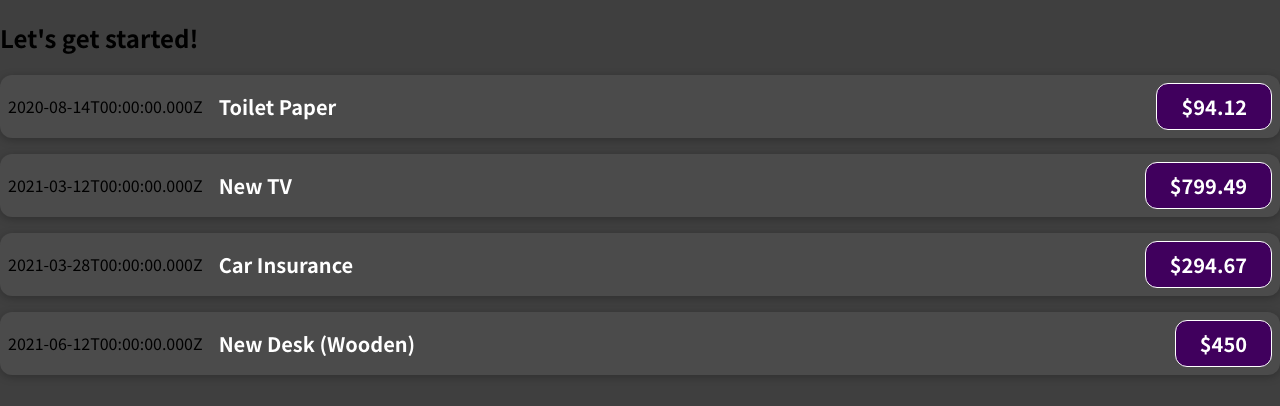
Repository: Dark-Developer93/react-complete-guide
Page: /
An editor plug-in stored every save of this project. The page is shown before and after a run of saves, followed by the edit.
The browser window is 1280 px wide. The pictures show the whole page.
The project was rebuilt for these pictures with package versions that can differ from the ones it lists, and the page was loaded fresh each time.

Above is the page before, as saved 2022-11-04 16:24:02.

### src/App.js
import ExpenseItem from "./components/ExpenseItem";

function App() {
  const expenses = [
    {
      id: "e1",
      title: "Toilet Paper",
      amount: 94.12,
      date: new Date(2020, 7, 14),
    },
    { id: "e2", title: "New TV", amount: 799.49, date: new Date(2021, 2, 12) },
    {
      id: "e3",
      title: "Car Insurance",
      amount: 294.67,
      date: new Date(2021, 2, 28),
    },
    {
      id: "e4",
      title: "New Desk (Wooden)",
      amount: 450,
      date: new Date(2021, 5, 12),
    },
  ];
  return (
    <div>
      <h2>Let's get started!</h2>
      <ExpenseItem
        title={expenses[0].title}
        amount={expenses[0].amount}
        date={expenses[0].date}
      />
      <ExpenseItem
        title={expenses[1].title}
        amount={expenses[1].amount}
        date={expenses[1].date}
      />
      <ExpenseItem
        title={expenses[2].title}
        amount={expenses[2].amount}
        date={expenses[2].date}
      />
      <ExpenseItem
        title={expenses[3].title}
        amount={expenses[3].amount}
        date={expenses[3].date}
      />
    </div>
  );
}

export default App;

### src/components/ExpenseItem.js
import "./ExpenseItem.css";

const ExpenseItem = (props) => {
  const { title, amount, date } = props;
  return (
    <div className="expense-item">
      <div>{date.toISOString()}</div>
      <div className="expense-item__description">
        <h2>{title}</h2>
        <div className="expense-item__price">${amount}</div>
      </div>
    </div>
  );
};

export default ExpenseItem;

### src/components/ExpenseItem.css
.expense-item {
  display: flex;
  justify-content: space-between;
  align-items: center;
  box-shadow: 0 2px 8px rgba(0, 0, 0, 0.25);
  padding: 0.5rem;
  margin: 1rem 0;
  border-radius: 12px;
  background-color: #4b4b4b;
}

.expense-item__description {
  display: flex;
  flex-direction: column;
  gap: 1rem;
  align-items: flex-end;
  flex-flow: column-reverse;
  justify-content: flex-start;
  flex: 1;
}

.expense-item h2 {
  color: #3a3a3a;
  font-size: 1rem;
  flex: 1;
  margin: 0 1rem;
  color: white;
}

.expense-item__price {
  font-size: 1rem;
  font-weight: bold;
  color: white;
  background-color: #40005d;
  border: 1px solid white;
  padding: 0.5rem;
  border-radius: 12px;
}

@media (min-width: 580px) {
  .expense-item__description {
    flex-direction: row;
    align-items: center;
    justify-content: flex-start;
    flex: 1;
  }

  .expense-item__description h2 {
    font-size: 1.25rem;
  }

  .expense-item__price {
    font-size: 1.25rem;
    padding: 0.5rem 1.5rem;
  }
}

Loaded but not shown: public/index.html (common file); src/index.js (common file); src/index.css (common file)

After the next 3 saves:
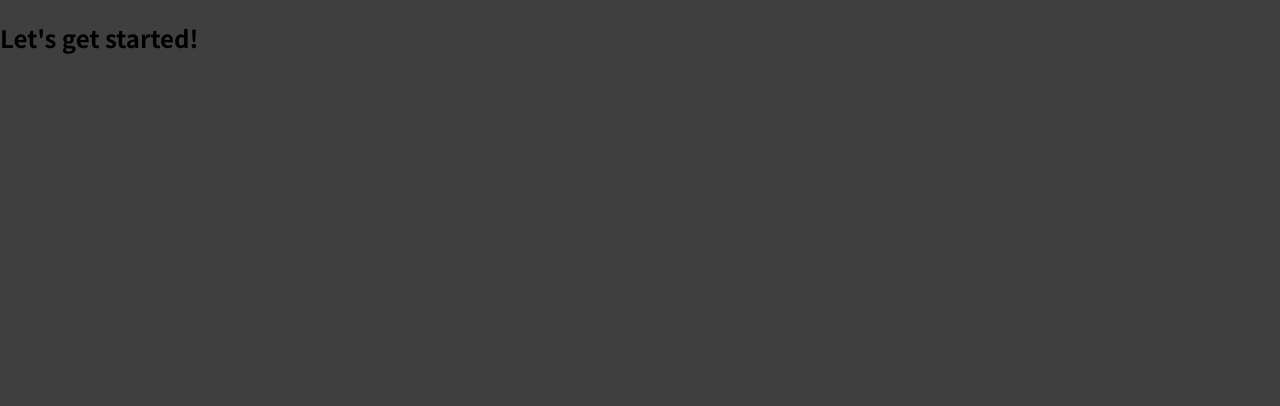
The 3 saves are shown as one change because 2 did not build or start.
The last was saved 7 min 54 s later.
--- a/src/App.js
+++ b/src/App.js
@@ -25,26 +25,13 @@
   return (
     <div>
       <h2>Let's get started!</h2>
-      <ExpenseItem
-        title={expenses[0].title}
-        amount={expenses[0].amount}
-        date={expenses[0].date}
-      />
-      <ExpenseItem
-        title={expenses[1].title}
-        amount={expenses[1].amount}
-        date={expenses[1].date}
-      />
-      <ExpenseItem
-        title={expenses[2].title}
-        amount={expenses[2].amount}
-        date={expenses[2].date}
-      />
-      <ExpenseItem
-        title={expenses[3].title}
-        amount={expenses[3].amount}
-        date={expenses[3].date}
-      />
+      {expenses.map((expense) => {
+        <ExpenseItem
+          title={expense.title}
+          amount={expense.amount}
+          date={expense.date}
+        />;
+      })}
     </div>
   );
 }

After the save that followed:
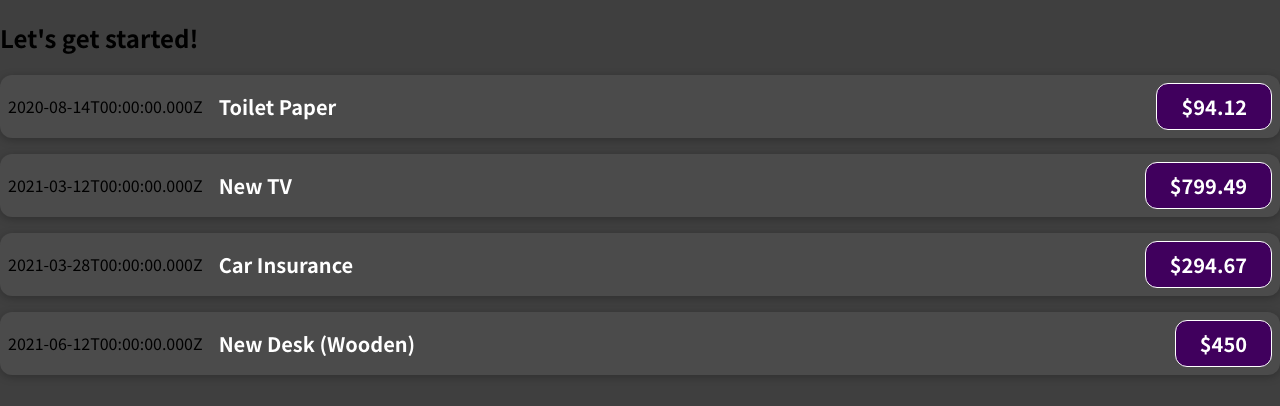
Saved 19 s later.
--- a/src/App.js
+++ b/src/App.js
@@ -26,11 +26,13 @@
     <div>
       <h2>Let's get started!</h2>
       {expenses.map((expense) => {
-        <ExpenseItem
-          title={expense.title}
-          amount={expense.amount}
-          date={expense.date}
-        />;
+        return (
+          <ExpenseItem
+            title={expense.title}
+            amount={expense.amount}
+            date={expense.date}
+          />
+        );
       })}
     </div>
   );
